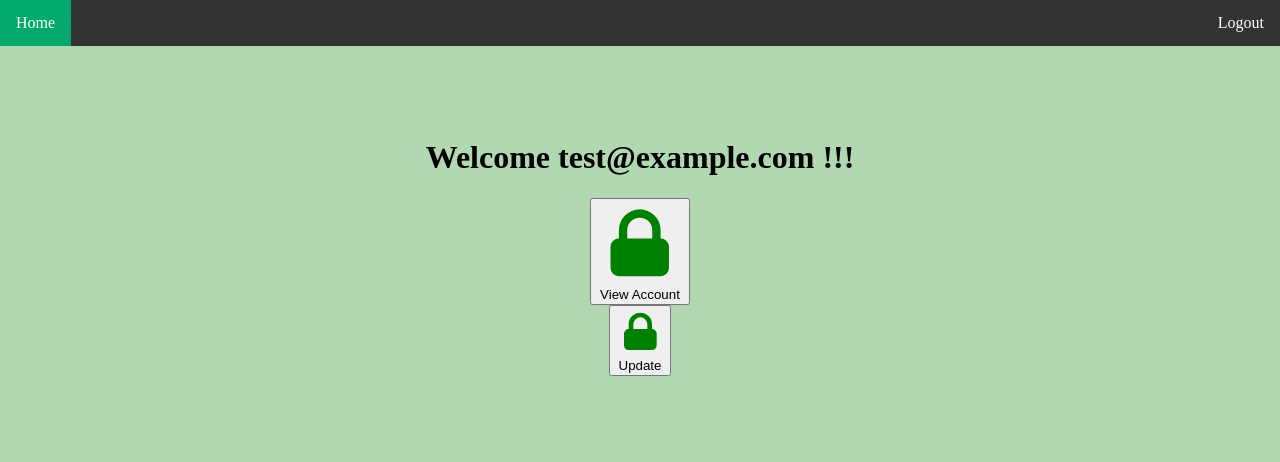
Repository: sach7691/original-book-store
Page: http://localhost/online-book-store-application/dashboard.jsp
These files come from the project's save history. The page is drawn as it stood at one moment and after the next save; the edit follows.
The browser window is 1280 px wide. The pictures show the whole page.
The page is served by Tomcat 9. The session is filled in as if someone had signed in: {"email": "test@example.com"}. Other server files are loaded and not shown.

Above is the page before, as saved 2022-08-31 19:53:18.

### online-book-store-application/src/main/webapp/dashboard.jsp

<%@ page language="java" contentType="text/html; charset=ISO-8859-1"
	pageEncoding="ISO-8859-1"%>
<%@ taglib uri="http://java.sun.com/jsp/jstl/core" prefix="c"%>
<!DOCTYPE html>
<html>
<head>
<meta charset="ISO-8859-1">
<meta name="viewport" content="width=device-width, initial-scale=1.0">
<title>Dashboard</title>
</head>
<body>
	<%

  response.setHeader("Cache-Control", "no-cache,no-store,must-revalidate"); //prevent back button after logout HTTP 1.1
  //HTTP 1.0 and if you use proxy seperatly should remove cache to prevent back button
   response.setHeader("Pragma","no-cache"); //HTTP 1.0
   response.setDateHeader ("Expires", 0);
  if(session.getAttribute("email")==null){
	response.sendRedirect("login.jsp");
}
%>
<style>


body
{
  margin: 0;
  background: rgba(0, 128, 0, 0.3);

}
 letter {
   color: #ea503f;
   font-family: Arial;
   float: center;
 }

ul.topnav {
  list-style-type: none;
  margin: 0;
  padding: 0;
  overflow: hidden;
  background-color: #333;
}

ul.topnav li {float: left;}

ul.topnav li a {
  display: block;
  color: white;
  text-align: center;
  padding: 14px 16px;
  text-decoration: none;
}

ul.topnav li a:hover:not(.active) {background-color: #111;}

ul.topnav li a.active {background-color: #04AA6D;}

ul.topnav li.right {float: right;}

@media screen and (max-width: 600px) {
  ul.topnav li.right,
  ul.topnav li {float: none;}
}
</style>
</head>
<body>
<form action="http://localhost:8080/online-book-store-application/LogoutCustomerServlet" method="GET">
<div>
<ul class="topnav">
  <li><a class="active" href="welcome.jsp">Home</a></li>
  <li class="right"><a href="login.jsp">Logout</a></li>
</ul>
<br>
<br>
<br>
<br>
</div>
</form>
<form action="http://localhost:8080/online-book-store-application/AccountDetailsServlet"  method="GET">

<%

session.getAttribute("email");
session.getAttribute("modifyCustomer");

%>
<center>
<div>
<p style="color: red;"><h1>Welcome ${email} !!!</h1></p>
</div>

 <input type="text" id="email" name="email" value= "${email}" hidden="" >
        <button type="submit" class="group relative w-full flex justify-center py-2 px-4 border border-transparent text-sm font-medium rounded-md text-white bg-green-600 hover:bg-green-700 focus:outline-none focus:ring-2 focus:ring-offset-2 focus:ring-indigo-500">
          <span class="absolute left-0 inset-y-0 flex items-center pl-3">
            <!-- Heroicon name: solid/lock-closed -->
            <svg class="h-5 w-5 text-indigo-500 group-hover:text-indigo-400" xmlns="http://www.w3.org/2000/svg" viewBox="0 0 20 20" fill="green" aria-hidden="true">
              <path fill-rule="evenodd" d="M5 9V7a5 5 0 0110 0v2a2 2 0 012 2v5a2 2 0 01-2 2H5a2 2 0 01-2-2v-5a2 2 0 012-2zm8-2v2H7V7a3 3 0 016 0z" clip-rule="evenodd" />
            </svg>
          </span>
          View Account
        </button>
 </form>
 <br>
 <form action="http://localhost:8080/online-book-store-application/ModifyCustomerServlet"  method="POST">
  <button type="submit" class="group relative w-full flex justify-center py-2 px-4 border border-transparent text-sm font-medium rounded-md text-white bg-green-600 hover:bg-green-700 focus:outline-none focus:ring-2 focus:ring-offset-2 focus:ring-indigo-500">
          <span class="absolute left-0 inset-y-0 flex items-center pl-3">
            <!-- Heroicon name: solid/lock-closed -->
            <svg class="h-5 w-5 text-indigo-500 group-hover:text-indigo-400" xmlns="http://www.w3.org/2000/svg" viewBox="0 0 20 20" fill="green" aria-hidden="true">
              <path fill-rule="evenodd" d="M5 9V7a5 5 0 0110 0v2a2 2 0 012 2v5a2 2 0 01-2 2H5a2 2 0 01-2-2v-5a2 2 0 012-2zm8-2v2H7V7a3 3 0 016 0z" clip-rule="evenodd" />
            </svg>
          </span>
          Update
        </button>
 </form>
</center>
</body>
</html>

After the next save:
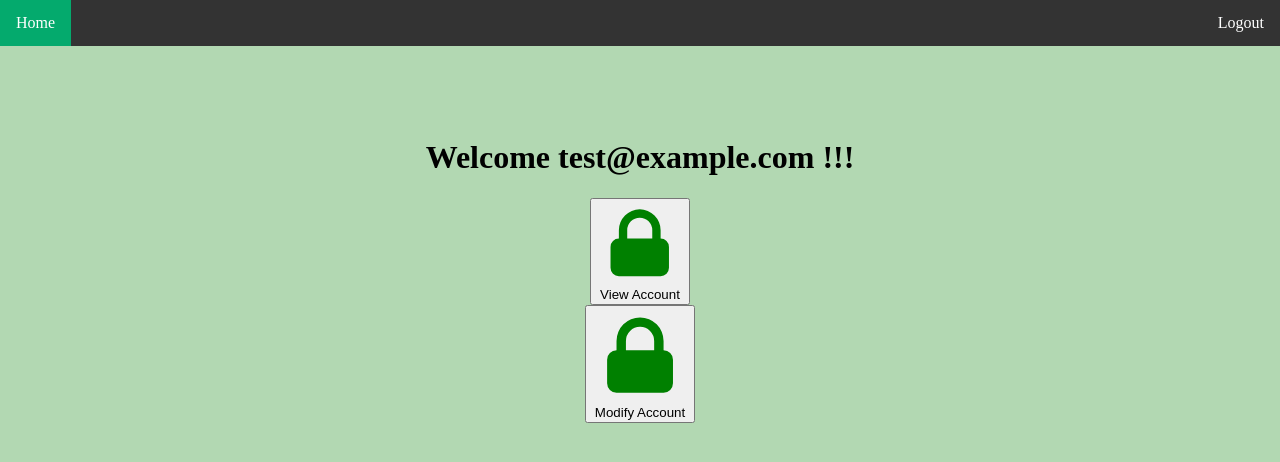
Saved 32 s later.
--- a/online-book-store-application/src/main/webapp/dashboard.jsp
+++ b/online-book-store-application/src/main/webapp/dashboard.jsp
@@ -111,7 +111,7 @@ session.getAttribute("modifyCustomer");
               <path fill-rule="evenodd" d="M5 9V7a5 5 0 0110 0v2a2 2 0 012 2v5a2 2 0 01-2 2H5a2 2 0 01-2-2v-5a2 2 0 012-2zm8-2v2H7V7a3 3 0 016 0z" clip-rule="evenodd" />
             </svg>
           </span>
-          Update
+          Modify Account
         </button>
  </form>
 </center>
